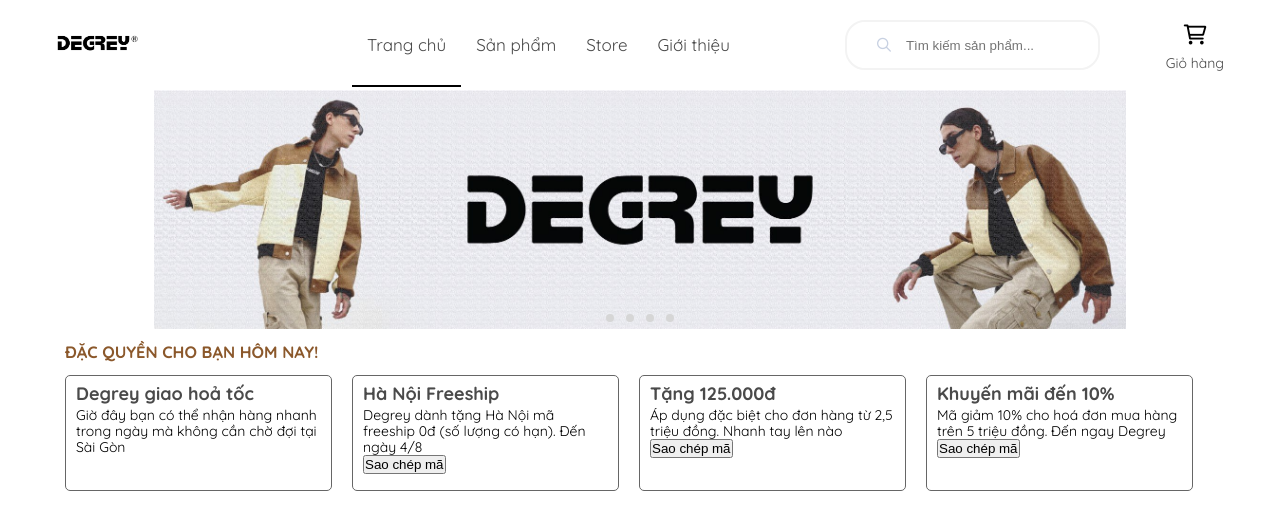
Repository: hieu-dev-1/degrey1
Page: index.html
The author's editor kept a copy of each file at every save. The page is drawn from the files as they stood at one save, then again after the next save.
The browser window is 1280 px wide. The pictures show the whole page.

Above is the page before, as saved 2022-08-13 09:54:45.

### index.html
<!DOCTYPE html>
<html lang="en">
<head>
    <meta charset="UTF-8">
    <meta name="viewport" content="width=device-width, initial-scale=1.0">
    <link rel="stylesheet" href="./assets/css/base.css">
    <link rel="stylesheet" href="./assets/css/main.css">
    <link rel="stylesheet" href="./assets/font/css/all.css">
    <link rel="shortcut icon" href="https://file.hstatic.net/1000281824/file/logo1200_30471c131a2948efaf7c9e9466511f73.png">
    <title>DEGREY</title>
</head>
<body>
    <div class="wrapper">
        <!-- HEADER -->
        <div class="header">
            <!-- Logo -->
            <div class="header__container">
                <div class="header__container-logo">
                    <a href="">
                        <img class="header__container-logo--img" src="./assets/img/header__logo.png" alt="" >
                    </a>
                </div>
                <div class="header__container-nav">
                    <ul class="header__navbar-list">
                        <li class="header__navbar-item"><a class="header__navbar-link header__navbar-link--active" href="">Trang chủ</a></li>
                        <li class="header__navbar-item"><a class="header__navbar-link" href="">Sản phẩm</a></li>
                        <li class="header__navbar-item"><a class="header__navbar-link" href="">Store</a></li>
                        <li class="header__navbar-item"><a class="header__navbar-link" href="">Giới thiệu</a></li>
                    </ul>
                </div>
                <div class="header__navbar-search">
                    <button class="header__navbar-input-btn">
                        <i class="fa-regular fa-magnifying-glass"></i>
                    </button>
                    <input class="header__navbar-input" type="text" placeholder="Tìm kiếm sản phẩm...">
                </div>
                <div class="header__navbar-cart">
                    <i class="header__navbar-cart-icon fa-regular fa-cart-shopping"></i>
                    <span class="header__navbar-cart-desc">Giỏ hàng</span>
                </div>
            </div>
        </div>
        <!-- SLIDER -->
        <div class="slider">
            <div class="slider__imgs">
                <input type="radio" name="inputslider" id="img1">
                <input type="radio" name="inputslider" id="img2">
                <input type="radio" name="inputslider" id="img3">
                <input type="radio" name="inputslider" id="img4">

                <img class="imgslider1" src="./assets/img/img__introduce1.jpg" alt="">
                <img class="imgslider2" src="./assets/img/img__introduce2.jpg" alt="">
                <img class="imgslider3" src="./assets/img/img__introduce3.jpg" alt="">
                <img class="imgslider4" src="./assets/img/img__introduce4.jpg" alt="">
            </div>
            <div for="" class="labelslider">
                <label for="img1"></label>
                <label for="img2"></label>
                <label for="img3"></label>
                <label for="img4"></label>
            </div>
        </div>
        <!-- VOURCHER -->
        <div class="web__container-vourcher">
            <div class="web__container-voucher-heading">
                <h2>
                    ĐẶC QUYỀN CHO BẠN HÔM NAY!
                </h2>
            </div>
            <div class="grid wide">
                <div class="web__container-vourcher-list row">
                    <div class="web__container-vourcher-item col l-3 m-6 c-12">
                        <div class="web__container-vourcher-inner">
                            <div class="web__container-vourcher-item-heading">
                                Degrey giao hoả tốc
                            </div>
                            <div class="web__container-vourcher-item-desc">
                                Giờ đây bạn có thể nhận hàng nhanh trong ngày mà không cần chờ đợi tại Sài Gòn
                            </div>
                        </div>
                    </div>

                    <div class="web__container-vourcher-item col l-3 m-6 c-12">
                        <div class="web__container-vourcher-inner">
                            <div class="web__container-vourcher-item-heading">
                                Hà Nội Freeship
                            </div>
                            <div class="web__container-vourcher-item-desc">
                                Degrey dành tặng Hà Nội mã freeship 0đ (số lượng có hạn). Đến ngày 4/8
                            </div>
                            <div class="web__container-vourcher-item-copy">
                                <button class="web__container-copy-btn">
                                    Sao chép mã
                                </button>
                            </div>
                        </div>
                    </div>

                    <div class="web__container-vourcher-item col l-3 m-6 c-12">
                        <div class="web__container-vourcher-inner">
                            <div class="web__container-vourcher-item-heading">
                                Tặng 125.000đ
                            </div>
                            <div class="web__container-vourcher-item-desc">
                                Áp dụng đặc biệt cho đơn hàng từ 2,5 triệu đồng. Nhanh tay lên nào
                            </div>
                            <div class="web__container-vourcher-item-copy">
                                <button class="web__container-copy-btn">
                                    Sao chép mã
                                </button>
                            </div>
                        </div>
                    </div>

                    <div class="web__container-vourcher-item col l-3 m-6 c-12">
                        <div class="web__container-vourcher-inner">
                            <div class="web__container-vourcher-item-heading">
                                Khuyến mãi đến 10%
                            </div>
                            <div class="web__container-vourcher-item-desc">
                                Mã giảm 10% cho hoá đơn mua hàng trên 5 triệu đồng. Đến ngay Degrey
                            </div>
                            <div class="web__container-vourcher-item-copy">
                                <button class="web__container-copy-btn">
                                    Sao chép mã
                                </button>
                            </div>
                        </div>
                    </div>
                </div>
            </div>
        </div>
        <!-- CONTENT -->
        <div class="content">

        </div>
        <!-- FOOTER -->
        <div class="footer">

        </div>
    </div>
</body>
</html>

### assets/css/base.css
@import url('https://fonts.googleapis.com/css2?family=Quicksand:wght@300;400;500;700&display=swap');

* {
    padding: 0;
    margin: 0;
    box-sizing: border-box;
}

html {
    /* HACK */
    font-size: 62.5%;
    line-height: 1.6rem;
    font-family: 'Quicksand', sans-serif;
    box-sizing: border-box;
}

:root {
    --white-color : #fff;
    --black-color : #000;
    --text-color : #4a4a4a;
    --border-color : #dbdbdb;
}

### assets/css/main.css
/* header */
.header {
    background-color: #ffffff;
    font-size: 1.4rem;
    line-height: 20px;
    display: flex;
    justify-content: center;
}

.header__container {
    width: 1170px;
    height: 90px;
    font-size: 1.4rem;
    line-height: 20px;
    margin: 0 -15px;
    display: flex;
    justify-content: space-between;
}
/* logo */
.header__container-logo {
    padding: 0 15px;
    margin-left: -15px;
}

.header__container-logo--img {
    width: 85px;
    height: 70px;
    margin-top: 8px;
}
/* Navbar */
.header__container-nav {
    font-size: 1.4rem;
    align-items: center;
    display: flex;
    justify-content: center;
    line-height: 20px;
    padding: 0 15px;
    margin-right: -10%;
}

.header__navbar-list {
    display: flex;
    align-items: center;
    justify-content: center;
}

.header__navbar-item {
    list-style: none;
    display: inline-block;
}

.header__navbar-link {
    color: var(--text-color);
    font-size: 1.7rem;
    text-decoration: none;
    padding: 30px 15px;
}

.header__navbar-link--active {
    border-bottom: 2px solid #000;
}
/* Search */
.header__navbar-search {
    border: 2px solid #f3f3f3;
    border-radius: 20px;
    margin: 20px;
    padding: 0 15px;
    display: flex;
    margin-right: -10%;
}

.header__navbar-input-btn {
    font-size: 1.4rem;
    line-height: 20px;
    text-align: center;
    border-radius: 0 4px 4px 0;
    border: none;
    color: #c8d1e2;
    background-color: #fff;
    padding: 0 15px;
}

.header__navbar-input {
    border: none;
    outline: none;
    color: var(--text-color);
}
/* Cart */
.header__navbar-cart {
    width: 60px;
    height: 90px;
    display: flex;
    flex-wrap: wrap;
    cursor: pointer;
    justify-content: center;
}

.header__navbar-cart-icon {
    font-size: 2rem;
    margin-top: 25px;
}

.header__navbar-cart-desc {
    font-size: 1.4rem;
    margin-top: -10px;
    color: var(--text-color);
    font-weight: 400;
}

/* Slider */
.slider {
    width: 76%;
    margin: 0 auto;
    overflow: hidden;
}

.slider__imgs {
    display: flex;
}

.slider__imgs img {
    width: 100%;
}

.slider__imgs input {
    display: none;
}

.labelslider {
    display: flex;
    justify-content: center;
}

.labelslider label {
    width: 8px;
    height: 8px;
    border-radius: 50%;
    margin: 6px;
    margin-top: -15px;
    background-color: #d6d6d6;
}

.labelslider label:hover {
    background-color: #4a4a4a;
}

#img1:checked ~ .imgslider1 {
    margin-left: -100%;
}

#img2:checked ~ .imgslider2 {
    margin-left: -200%;
}

#img3:checked ~ .imgslider3 {
    margin-left: -300%;
}

#img4:checked ~ .imgslider4 {
    margin-left: -400%;
}

/* vourcher */
.web__container-vourcher {
    width: 1170px;
    height: 163px;
    display: block;
    margin: 0 auto;
}

.web__container-voucher-heading {
    color: #8b582b;
    font-size: 1.1rem;
    margin: 15px 0;
    margin-left: 10px;
}

.web__container-vourcher-list {
    display: flex;
}

.web__container-vourcher-inner {
    position: relative;
    padding: 10px;
    border: 1px solid #666;
    border-radius: 5px;
    margin: 0 10px;
    width: 267px;
    height: 116px;
}

.web__container-vourcher-item-heading {
    color: var(--text-color);
    font-size: 1.8rem;
    font-weight: 700;
}

.web__container-vourcher-item-desc {
    margin-top: 5px;
    color: #000;
    font-size: 1.4rem;
}

.web__container-vourcher-item-copy {
    position: absolute;
    text-align: right;
}

Loaded but not shown: assets/font/css/all.css (library)

After the next save:
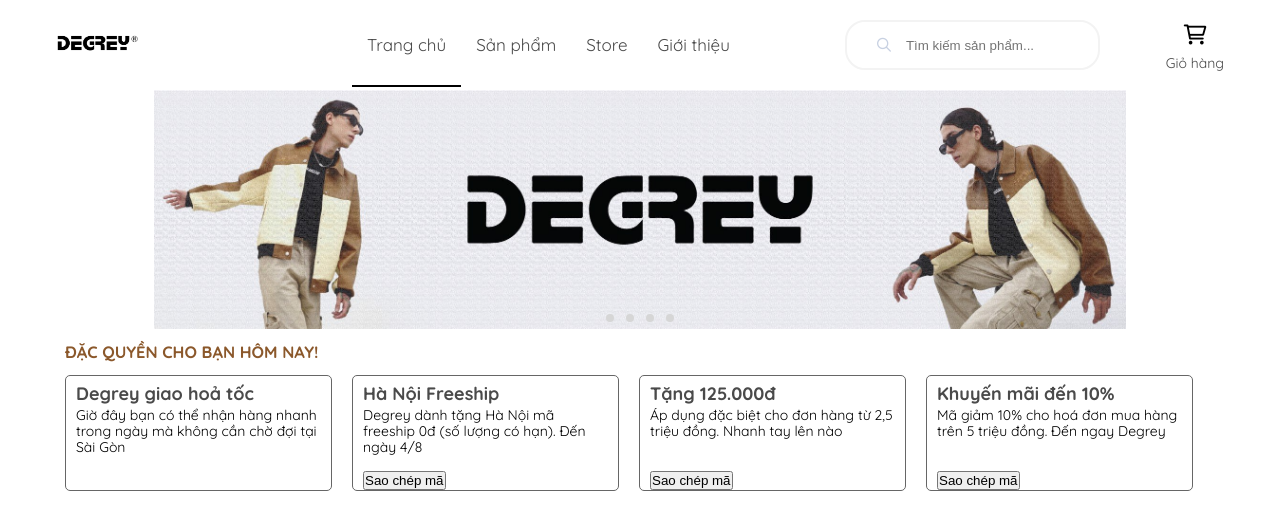
Saved 9 s later.
--- a/assets/css/main.css
+++ b/assets/css/main.css
@@ -204,4 +204,5 @@
 .web__container-vourcher-item-copy {
     position: absolute;
     text-align: right;
-}
+    bottom: 0;
+}
